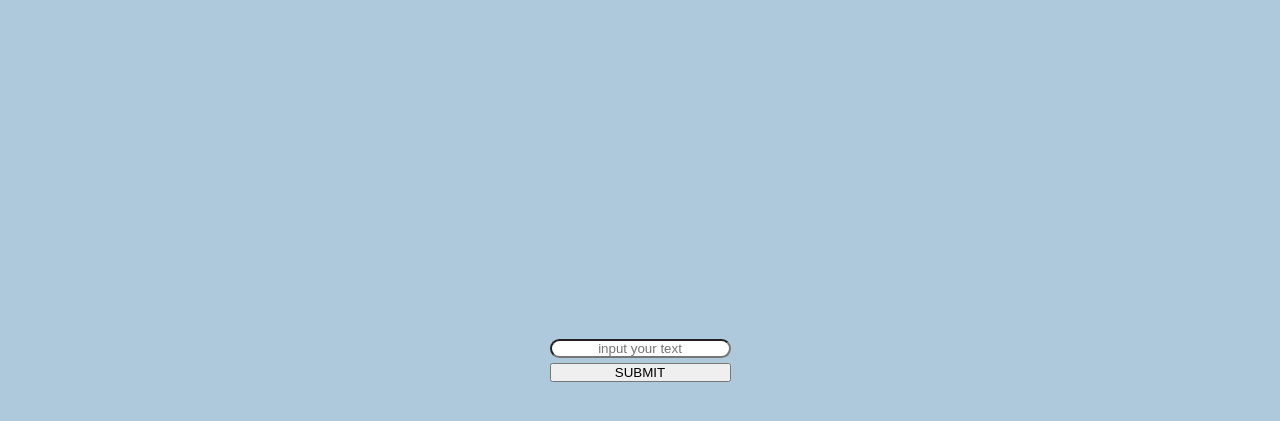
Repository: haykgrigoryan077/wheater-forecast
Page: /
An editor plug-in stored every save of this project. The page is shown before and after the next save, followed by the edit.
The browser window is 1280 px wide. The pictures show the whole page.
The project was rebuilt for these pictures with package versions that can differ from the ones it lists, and the page was loaded fresh each time. Also part of the build but not shown: src/index.css, src/ShowData/index.js.

Above is the page before, as saved 2022-08-25 16:36:18.

### src/App.js
import './App.css';
import SearchCitys from './Inputs';
import ShowWheatherData from './ShowData';
import { useState } from 'react';

function App() {
  const [city, setCity] = useState('');
  const [finalSearch, setFinalSearch] = useState('')
  return (
    <div className="App">
      <SearchCitys
        setCity={setCity}
        city={city}
        finalSearch={finalSearch}
        setFinalSearch={setFinalSearch}
      />
      {finalSearch && <ShowWheatherData
        city={finalSearch}
      />}
    </div>
  );
}

export default App;

### src/App.css
* {
  margin: 0;
  padding: 0;
  box-sizing: border-box;
}

.App {
  width: 100%;
  height: 100vh;
  display: flex;
  flex-direction: column;
  justify-content: center;
  align-items: center;
  background-color: #AFC9DC;
}

### src/Inputs/index.js
import React from "react";
import { useState } from "react";
import './style.css'

const SearchCity = (props) => {
    console.log(props.finalSearch);

    return (
        <div className="searchInput">
            <form onClick={(e) => {e.preventDefault()}}
                className='searchInput'
            >
            <input
                className="inputCity"
                type='text'
                placeholder='input your text'
                onChange={(event) => {
                    props.setCity(event.target.value)
                }}
                value={props.city}
            />
            <button className="searchButton" onClick={() => {
                props.setFinalSearch(props.city)
                props.setCity('')
            }}>
                SUBMIT
            </button>
            </form>
        </div>
    )
}

export default SearchCity

### src/Inputs/style.css
.searchInput {
    display: flex;
    flex-direction: column;
}

.inputCity {
    margin-bottom: 5px;
    border-radius: 12px;
    justify-content: center;
    text-align: center;
}

### src/ShowData/style.css
.wheatherInfoBox {
    width: 500px;
    height: 300px;
    background-color: #F2F4F6;
    border: 2px solid #FFF0EB;
    border-radius: 25px;
    justify-content: center;
    align-items: center;
    text-align: center;
}

Loaded but not shown: public/index.html (common file); src/index.js (common file); src/reportWebVitals.js (common file)

After the next save:
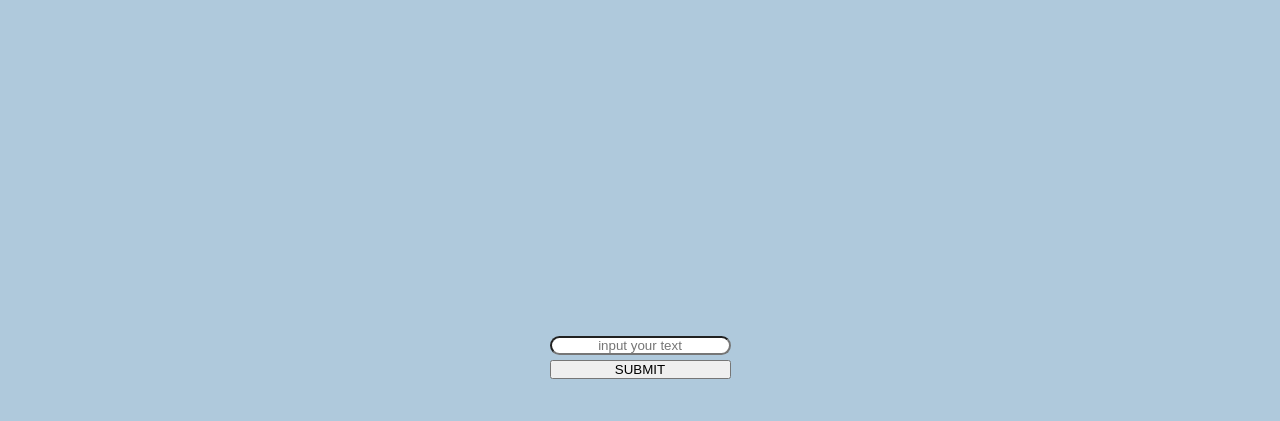
Saved 24 s later.
--- a/src/ShowData/style.css
+++ b/src/ShowData/style.css
@@ -8,3 +8,7 @@
     align-items: center;
     text-align: center;
 }
+
+.searchButton {
+    margin-bottom: 5px;
+}
